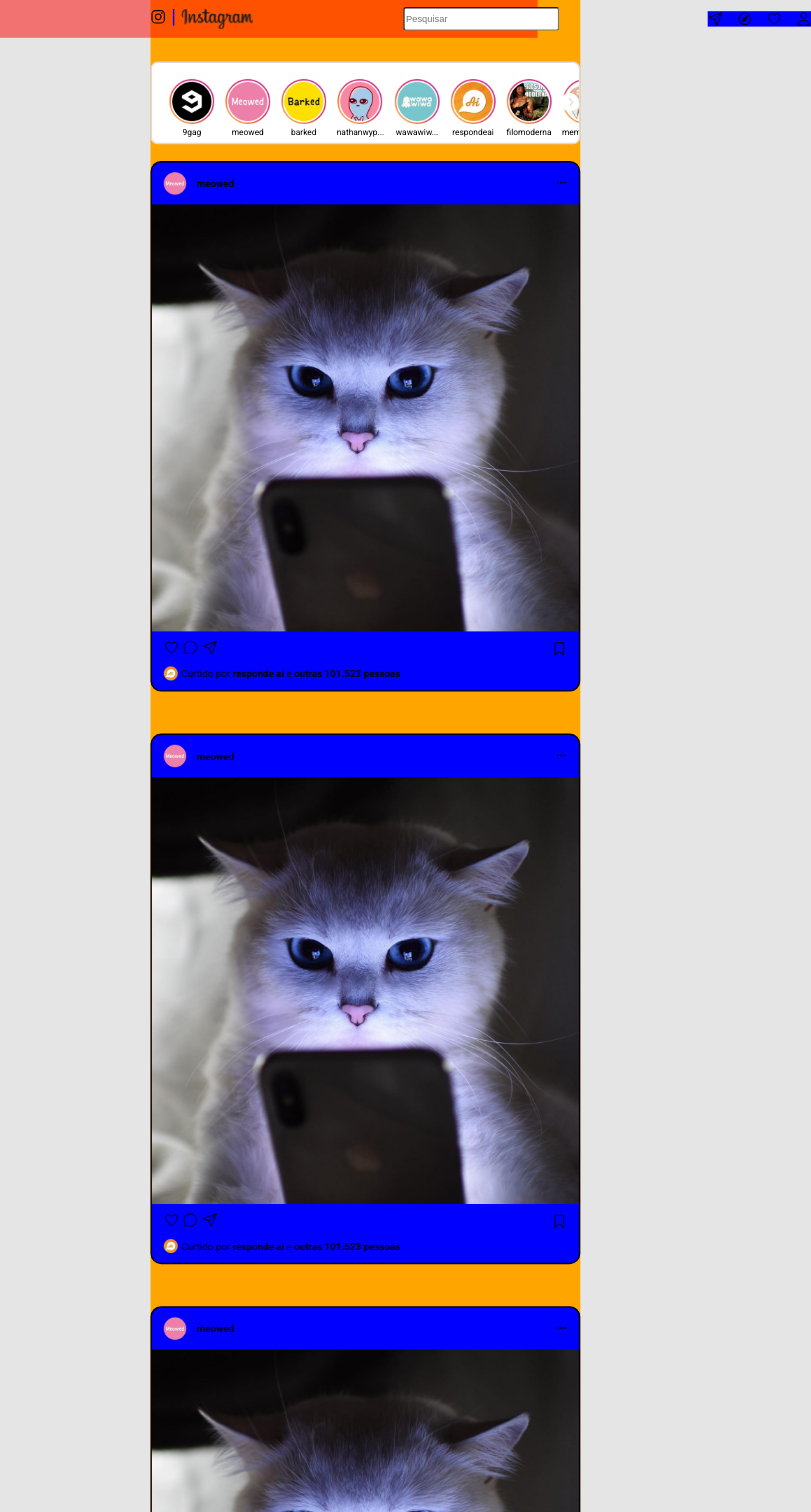
Repository: Zezinoo/proj-2-instagram-clone
Page: index.html
An editor plug-in stored every save of this project. The page is shown before and after the next save, followed by the edit.
The browser window is 768 px wide. The page is 1159 px wide, so the pictures cover 1159 px, including what lies to the right of the window. The pictures show the part of the page from y = 0 to 2160 px (the page is 2684 px tall), at 70% of full size.
Some web libraries are served in a nearby version.

Above is the page before, as saved 2022-06-05 03:30:39.

### index.html
<!DOCTYPE html>
<html lang="en">
<head>
    <meta charset="UTF-8">
    <meta http-equiv="X-UA-Compatible" content="IE=edge">
    <meta name="viewport" content="width=device-width, initial-scale=1.0">
    <link rel="stylesheet" href="reset.css">
    <link rel="stylesheet" href="style.css">
    <link rel="preconnect" href="https://fonts.googleapis.com">
    <link rel="preconnect" href="https://fonts.gstatic.com" crossorigin>
    <link href="https://fonts.googleapis.com/css2?family=Encode+Sans:wght@100;200;300;400;500;600;700&family=Roboto:ital,wght@0,100;0,300;0,400;0,500;0,700;1,100;1,300;1,400;1,500&display=swap" rel="stylesheet">
    <title>Instagram</title>
</head>
<body>
<div class="top">
    <div class = "align-top">
        <div class = "logo">
            <ion-icon name="logo-instagram" style="font-size:22px"></ion-icon>
        <div class="vertical-line"></div>
            <img src="./imgs/logo 1.svg" alt="">
    </div>
        <div class="search-bar">
            <input type="text" placeholder="Pesquisar">
        </div>
    <div class="top-icons">
        <ion-icon name="paper-plane-outline"></ion-icon>
        <ion-icon name="compass-outline"></ion-icon>
        <ion-icon name="heart-outline"></ion-icon>
        <ion-icon name="person-outline"></ion-icon>
    </div>
    </div>
</div>
<div class="feed">
    <div class="content">
        <div class="stories">
            <div class="story">
                <img src="./imgs/stories_background 3.png" alt="">
                <div class="user-logo">
                    <img src="./imgs/9gag 1.png" alt="">
                </div>
                <div class="user-name">
                    9gag
                </div>
            </div>
            <div class="story">
                <img src="./imgs/stories_background 3.png" alt="">
                <div class="user-logo">
                    <img src="./imgs/meowed 1.png" alt="">
                </div>
                <div class="user-name">
                    meowed
                </div>
            </div>
            <div class="story">
                <img src="./imgs/stories_background 3.png" alt="">
                <div class="user-logo">
                    <img src="./imgs/barked 1.png" alt="">
                </div>
                <div class="user-name">
                    barked
                </div>
            </div>
            <div class="story">
                <img src="./imgs/stories_background 3.png" alt="">
                <div class="user-logo">
                    <img src="./imgs/nathanwpylestrangeplanet 1.png" alt="">
                </div>
                <div class="user-name">
                    nathanwyp...
                </div>
            </div>
            <div class="story">
                <img src="./imgs/stories_background 3.png" alt="">
                <div class="user-logo">
                    <img src="./imgs/wawawiwacomicsa 1.png" alt="">
                </div>
                <div class="user-name">
                    wawawiw...
                </div>
            </div>
            <div class="story">
                <img src="./imgs/stories_background 3.png" alt="">
                <div class="user-logo">
                    <img src="./imgs/respondeai 1.png" alt="">
                </div>
                <div class="user-name">
                    respondeai
                </div>
            </div>
            <div class="story">
                <img src="./imgs/stories_background 3.png" alt="">
                <div class="user-logo">
                    <img src="./imgs/filomoderna 1.png" alt="">
                </div>
                <div class="user-name">
                    filomoderna
                </div>
            </div>
            <div class="story">
                <img src="./imgs/stories_background 3.png" alt="">
                <div class="user-logo">
                    <img src="./imgs/memeriagourmet 1.png" alt="">
                </div>
                <div class="user-name">
                    memeriagourmet
                </div>
                <div class="arrow">
                    <ion-icon name="chevron-forward-circle"></ion-icon>
                </div>
            </div>
        </div>
        <div class="post">
            <div class="info">
                <div class="op">
                    <img src="./imgs/meowed 2.png" alt="">
                    <div class="op-name">
                    meowed
                    </div>
                </div>
                <div class="dots">
                    <ion-icon name="ellipsis-horizontal"></ion-icon>
                </div>
            </div>
            <img src="./imgs/gato-telefone 1.png" alt="">
            <div class="bottom">
                <div class="post-icons">
                    <div class="left-icons">
                        <ion-icon name="heart-outline"></ion-icon>
                        <ion-icon name="chatbubble-outline"></ion-icon>
                        <ion-icon name="paper-plane-outline"></ion-icon>
                    </div>
                    <ion-icon name="bookmark-outline"></ion-icon>
                </div>
                <div class="comments">
                    <div class="follow-image">
                        <img src="./imgs/respondeai 2.png" alt="">
                    </div>
                    <div class="comment-message">
                        <p>Curtido por <strong>responde ai</strong> e <strong>outras 101.523 pessoas</strong></p>
                    </div>
                </div>
            </div>
        </div>
        <div class="post">
            <div class="info">
                <div class="op">
                    <img src="./imgs/meowed 2.png" alt="">
                    <div class="op-name">
                    meowed
                    </div>
                </div>
                <div class="dots">
                    <ion-icon name="ellipsis-horizontal"></ion-icon>
                </div>
            </div>
            <img src="./imgs/gato-telefone 1.png" alt="">
            <div class="bottom">
                <div class="post-icons">
                    <div class="left-icons">
                        <ion-icon name="heart-outline"></ion-icon>
                        <ion-icon name="chatbubble-outline"></ion-icon>
                        <ion-icon name="paper-plane-outline"></ion-icon>
                    </div>
                    <ion-icon name="bookmark-outline"></ion-icon>
                </div>
                <div class="comments">
                    <div class="follow-image">
                        <img src="./imgs/respondeai 2.png" alt="">
                    </div>
                    <div class="comment-message">
                        <p>Curtido por <strong>responde ai</strong> e <strong>outras 101.523 pessoas</strong></p>
                    </div>
                </div>
            </div>
        </div>
        <div class="post">
            <div class="info">
                <div class="op">
                    <img src="./imgs/meowed 2.png" alt="">
                    <div class="op-name">
                    meowed
                    </div>
                </div>
                <div class="dots">
                    <ion-icon name="ellipsis-horizontal"></ion-icon>
                </div>
            </div>
            <img src="./imgs/gato-telefone 1.png" alt="">
            <div class="bottom">
                <div class="post-icons">
                    <div class="left-icons">
                        <ion-icon name="heart-outline"></ion-icon>
                        <ion-icon name="chatbubble-outline"></ion-icon>
                        <ion-icon name="paper-plane-outline"></ion-icon>
                    </div>
                    <ion-icon name="bookmark-outline"></ion-icon>
                </div>
                <div class="comments">
                    <div class="follow-image">
                        <img src="./imgs/respondeai 2.png" alt="">
                    </div>
                    <div class="comment-message">
                        <p>Curtido por <strong>responde ai</strong> e <strong>outras 101.523 pessoas</strong></p>
                    </div>
                </div>
            </div>
        </div>
    </div>
    <div class="sidebar">
        <div class="user">
            <img src="./imgs/catanacomics 1.png" alt="">
            <div class="user-info">
                <div class="username">
                    catanacomics
                </div>
                <div class="name">
                    Catana
                </div>
            </div>
        </div>
        <div class="suggestion-text">
            <div class="recommended">
                Sugestões para voce
            </div>
            <div class="for-you">
                Ver tudo
            </div>
        </div>
        <div class="suggestion">
            <div class="suggestion-user">
                <img src="./imgs/badvibesmemes 1.png" alt="">
                <div class="user-info">
                    <div class="username">
                        bad.vibes.memes
                    </div>
                    <div class="name">
                        Segue você
                    </div>
                </div>
            </div>
            <div class="follow">
                Seguir
            </div>
        </div>
        <div class="suggestion">
            <div class="suggestion-user">
                <img src="./imgs/badvibesmemes 1.png" alt="">
                <div class="user-info">
                    <div class="username">
                        bad.vibes.memes
                    </div>
                    <div class="name">
                        Segue você
                    </div>
                </div>
            </div>
            <div class="follow">
                Seguir
            </div>
        </div>
        <div class="suggestion">
            <div class="suggestion-user">
                <img src="./imgs/badvibesmemes 1.png" alt="">
                <div class="user-info">
                    <div class="username">
                        bad.vibes.memes
                    </div>
                    <div class="name">
                        Segue você
                    </div>
                </div>
            </div>
            <div class="follow">
                Seguir
            </div>
        </div>
        <div class="suggestion">
            <div class="suggestion-user">
                <img src="./imgs/badvibesmemes 1.png" alt="">
                <div class="user-info">
                    <div class="username">
                        bad.vibes.memes
                    </div>
                    <div class="name">
                        Segue você
                    </div>
                </div>
            </div>
            <div class="follow">
                Seguir
            </div>
        </div>
        <div class="suggestion">
            <div class="suggestion-user">
                <img src="./imgs/badvibesmemes 1.png" alt="">
                <div class="user-info">
                    <div class="username">
                        bad.vibes.memes
                    </div>
                    <div class="name">
                        Segue você
                    </div>
                </div>
            </div>
            <div class="follow">
                Seguir
            </div>
        </div>
        <div class="help-text">
            <p>Sobre • Ajuda • Imprensa • API • Carreiras • Privacidade •
                Termos • Localizações • Contas mais relevantes • Hashtags •
                Idioma</p>
        </div>
        <div class="trademark">
            <p>© 2021 INSTAGRAM DO FACEBOOK</p>
        </div>
    </div>
</div>
<script src="https://unpkg.com/ionicons@5.4.0/dist/ionicons.js"></script>

</body>
</html>

### style.css

body{
    background-color: #e5e5e5;
    display: flex;
    flex-direction: column;
    align-items: center;
    justify-content: center;
    font-family: 'Roboto', sans-serif;
}


.top {
    width: 100%;
    height: 54px;
    display: flex;
    flex-direction: row;
    justify-content: space-around;
    align-items: center;
    background-color: rgba(255, 0, 0, 0.5);
    position: relative;
    z-index: 1;
}

.align-top{
    display: flex;
    flex-direction: row;
    align-items: center;
    justify-content: space-between;
    position: absolute;
    left: 215px;
    z-index: 1;
}

.logo{
    display: flex;
    position: relative;
    align-items: flex-start;
    width: 100%;
    margin-right: 214px;
}

.vertical-line{
    height: 22px;
    margin: 0 10px;
    border: blue 1px solid;
}

.search-bar{
    margin-right: 212px;
}

.search-bar input{
    height: 28px;
    width: 215px;
    border-radius: 4px;
}

.top-icons{
    width: 100%;
    display: flex;
    flex-direction:row;
    justify-content:space-between;
    background-color:blue;
}

.top-icons ion-icon{
    font-size: 22px;
    margin-right: 20px;
}
.top-icons ion-icon:nth-child(4){
    margin-right: 0px;
}

.feed {
    display: flex;
    flex-direction: row;
    position: absolute;
    top: 54px;
    left: 215px;
}


.content{
    display: flex;
    flex-direction: column;
    background-color: orange;
}

strong{
    font-weight: bold;
}

.stories{
    margin-top: 88px;
    margin-bottom: 24px;
    width: 614px;
    height:118px;
    display: flex;
    flex-direction: row;
    align-items: center;
    position: relative;
    justify-content: flex-start;
    background-color: #FFFFFF;
    overflow: hidden;
    border-radius: 10px;
    border: 2px solid #DBDBDB;
    box-sizing: border-box;
}
.stories .story:nth-child(1){
    margin-left:24px;
}

.story{
    display: flex;
    flex-direction: column;
    justify-content: center;
    margin-right: 14px;
    margin-top: 20px;
    position: relative;
}

.story img{
    width: 66px;
    height: 66px;
}

.story .user-logo{
    display: flex;
    position: absolute;
    top: 5px;
    left: 5px;
    z-index: 1;
}

.story .user-name{
    margin-top: 5px;
    display: flex;
    justify-content: center;
    height: 19px;
    font-size: 12px;
}

.user-logo img{
    width: 56px;
    height: 56px;
}

.arrow {
    position: absolute;
    top: 18px;
    left: -5px;
    font-size: 32px;
    z-index: 3;
    color: #FFFFFF ;
    text-shadow: 60px -16px green;
}

.post{
    background-color: blue;
    display: flex;
    flex-direction: column;
    width: 614px;
    border: 2px solid ;
    border-radius: 15px;
    box-sizing: border-box;
    margin-bottom: 60px;

}

.post .info {
    height: 60px;
    display: flex;
    align-items: center;
    justify-content: space-between;
}

.post .info .op{
    display: flex;
    flex-direction: row;
    box-sizing: border-box;
    margin-left: 17px;
    justify-content: space-evenly;
    align-items: center;
}

.op .op-name{
    margin-left: 15px;
    font-weight: bold;
    font-size: 14px;
}

.info .dots{
    margin-right: 17px;
    font-size: 16px;
}

.post .bottom{
    margin: 0 17px;
    margin-top: 10px;
}

.bottom .post-icons{
    height: 30px;
    font-size: 22px;
    display: flex;
    justify-content: space-between;
    align-items: center;
}

.post-icons .left-icons{
    margin-right: 14px;
}

.bottom .comments{
    display: flex;
    align-items: center;
    margin-top: 10px;
    margin-bottom: 14px;
}
.comments .follow-image{
    height: 20px;
    width: 20px;
    margin-right: 5px;
}
.follow-image img{
    width: 100%;
    height: 100%;
}

.comments .comment-message{
    font-size: 14px;
}

.sidebar{
    background-color: green;
    margin-left: 38px;
    width: 293px;
    height: 100%;
    box-sizing: border-box;
}

.sidebar .user{
    height: 56px;
    display: flex;
    align-items: center;
    margin-bottom: 24px;
}

.user .user-info{
    margin-left: 17px;
    display: flex;
    flex-direction: column;
    font-size: 14px;
}
.user-info .username{
    font-weight: bold;
}

.user-info .name{
    color: #8E8E8E;
}

.sidebar .suggestion-text{
    display: flex;
    justify-content: space-between;
    margin-bottom: 17px;
    font-size: 12px;
}

.suggestion-text .recommended{
    color: #8E8E8E;
}

.suggestion-text .for-you{
    font-weight: bold;
}

.sidebar .suggestion{
    display: flex;
    justify-content: space-between;
    align-items: center;
    margin-bottom: 16px;
}
.suggestion-user{
    display: flex;
    align-items: center;
}

.suggestion-user .user-info{
    margin-left: 17px;
    display: flex;
    flex-direction: column;
    font-size: 12px;
}
.user-info .username{
    font-weight: bold;
}

.user-info .name{
    color: #8E8E8E;
}

.suggestion .follow {
    font-size: 12px;
    color: #139EF2;
}

.suggestion:nth-child(7){
    margin-bottom: 0px;
}

.sidebar .help-text{
    margin-top: 33px;
    margin-bottom: 18px;
    font-size: 11px;
    color: #C7C7C7;
}

.sidebar .trademark{
    font-size: 11px;
    color: #C7C7C7;
}

@media(max-width:935px){
    .sidebar{
        display: none;
    }
    .feed{
        top: 0;
        left: o;
        margin: 0 auto;
    }
}

/*fix top*/

Loaded but not shown: reset.css (common file)

After the next save:
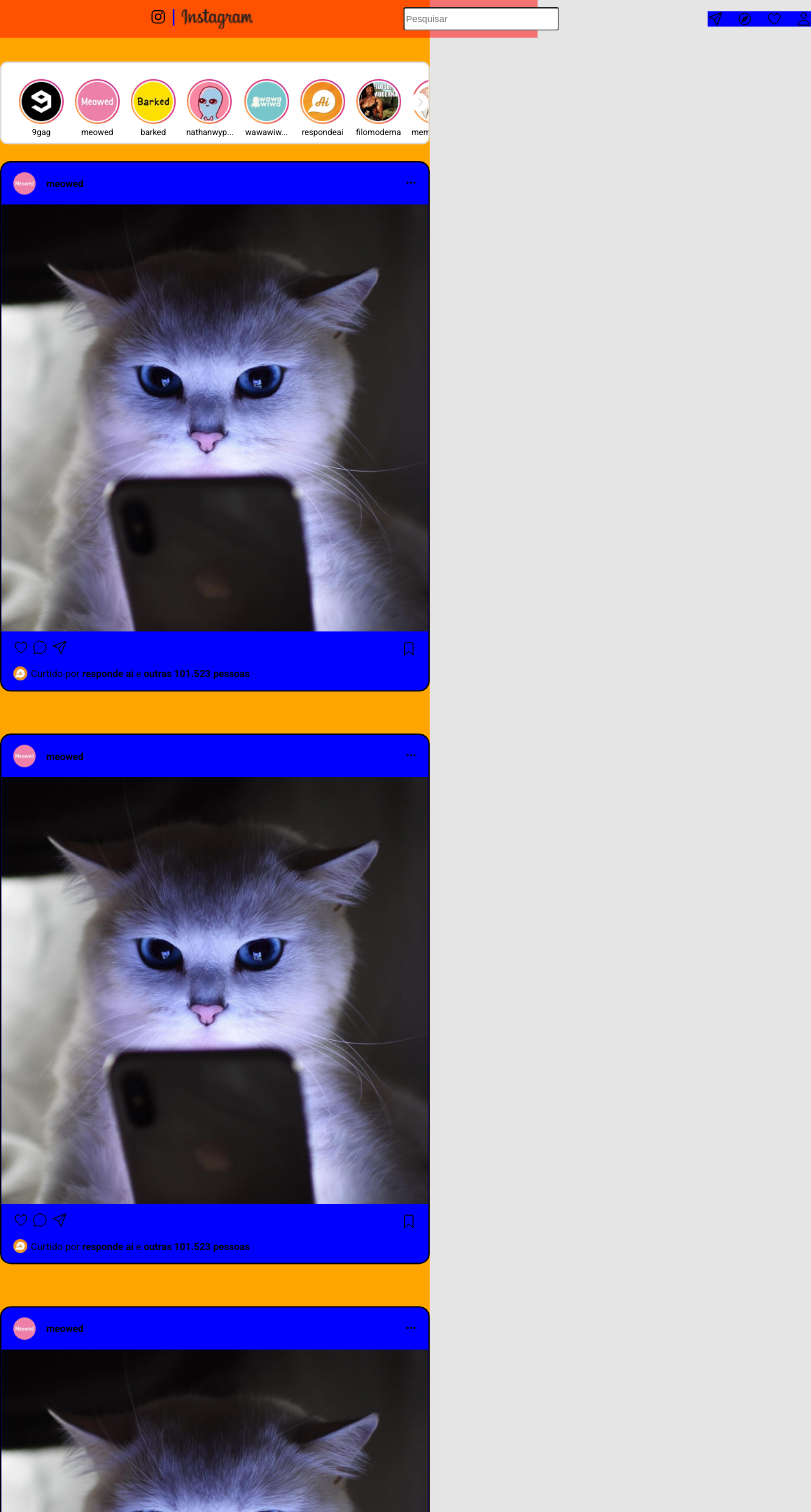
Saved 6 s later.
--- a/style.css
+++ b/style.css
@@ -327,7 +327,7 @@
     }
     .feed{
         top: 0;
-        left: o;
+        left: 0;
         margin: 0 auto;
     }
 }
